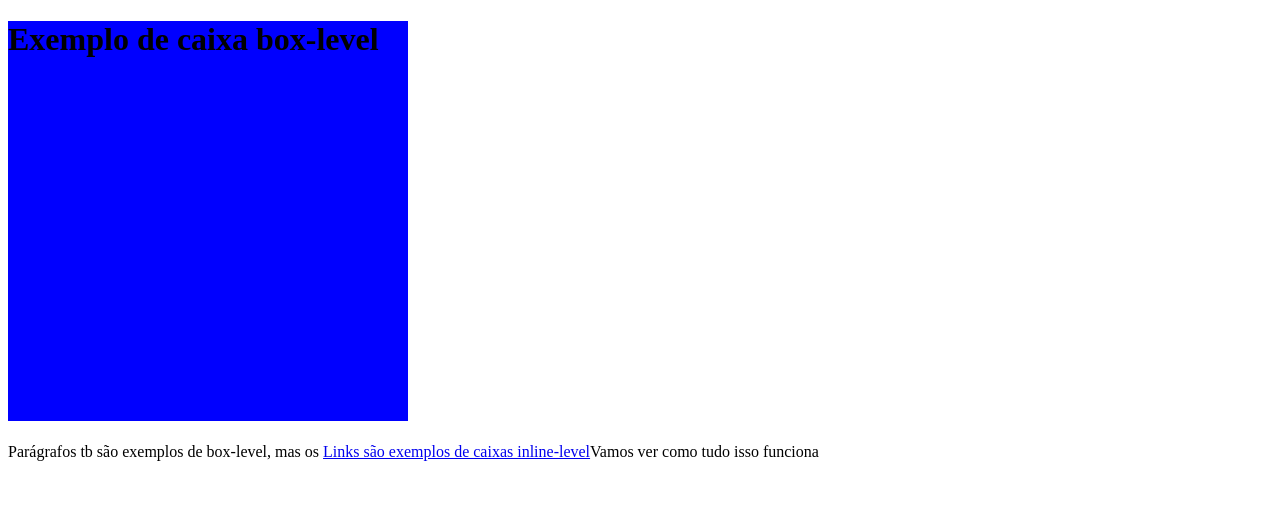
Repository: DorivalJunior14/exercicios
Page: ex.caixas.html/ex.caixas.html
An editor plug-in stored every save of this project. The page is shown before and after a run of saves, followed by the edit.
The browser window is 1280 px wide. The pictures show the whole page.

Above is the page before, as saved 2021-05-12 16:20:22.

### ex.caixas.html/ex.caixas.html
<!DOCTYPE html>
<html lang="pt-br">
<head>
    <meta charset="UTF-8">
    <meta name="viewport" content="width=device-width, initial-scale=1.0">
    <title>Modelos de Caixas</title>
    <style>
        h1{
            background-color: blue;
            height: 400px;
            width: 400px;
            border-width: 10px;
            border-style: 10px;

        }
    </style>
</head>
<body>

    <h1>Exemplo de caixa box-level</h1>
    <p>Parágrafos tb são exemplos de box-level, mas os <a href="#">Links são exemplos de caixas inline-level</a>Vamos ver como tudo isso funciona</p>

</body>
</html>

After the next 4 saves:
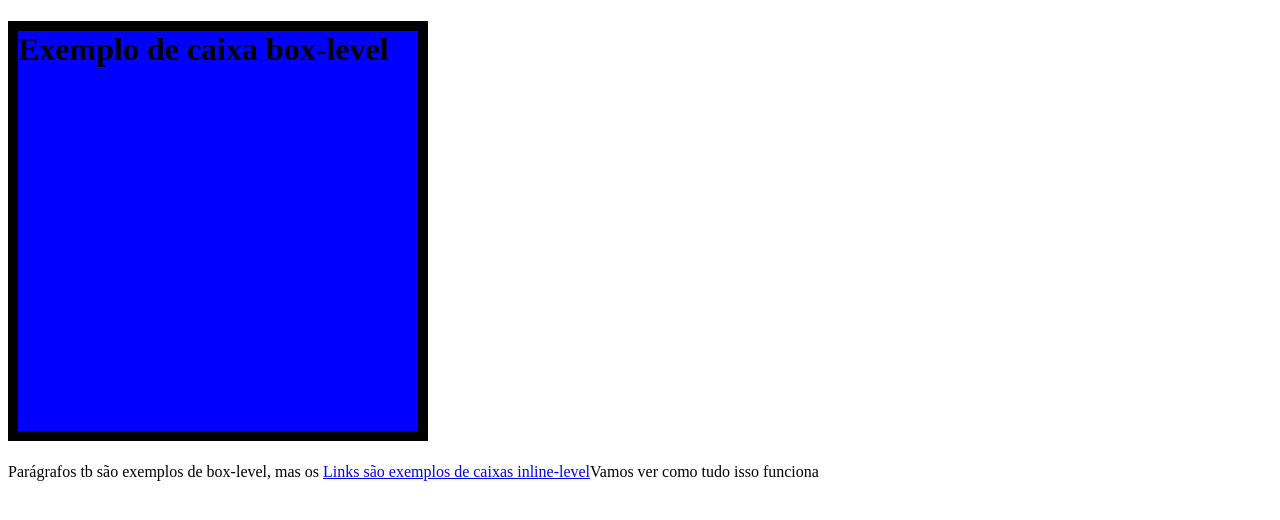
The 4 saves are shown as one change because they came seconds apart.
The last was saved 23 s later.
--- a/ex.caixas.html/ex.caixas.html
+++ b/ex.caixas.html/ex.caixas.html
@@ -10,7 +10,7 @@
             height: 400px;
             width: 400px;
             border-width: 10px;
-            border-style: 10px;
+            border-style: solid;
 
         }
     </style>
